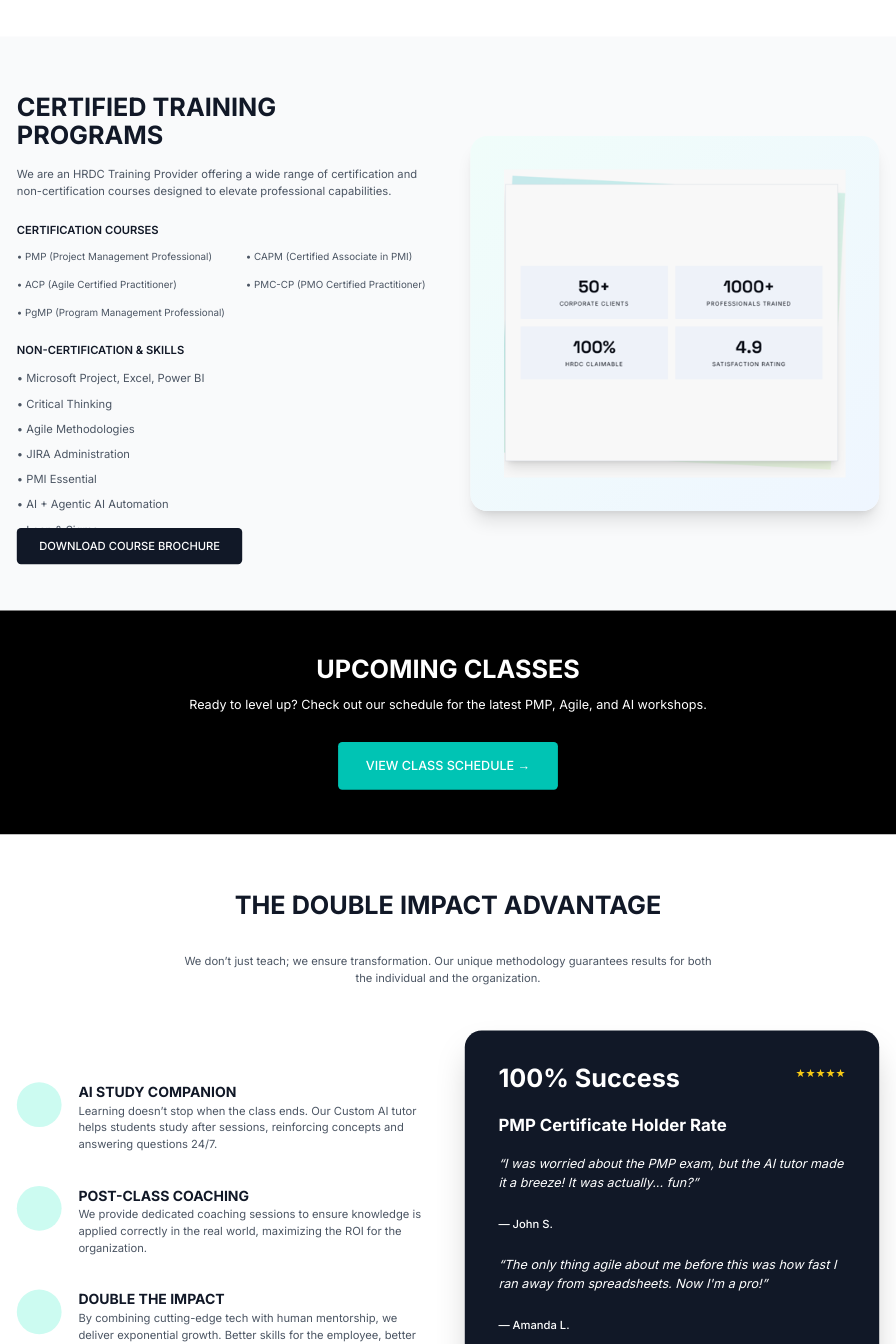
Repository: hsuntariq/web-pages
Page: impact/index.html
The author's editor kept a copy of each file at every save. The page is drawn from the files as they stood at one save, then again after the next save.
The browser window is 1280 px wide. The pictures show the part of the page from y = 1313 to 3233 px (the page is 4029 px tall before and 4037 px after), at 70% of full size.
Some web libraries are served in a nearby version.

Above is the page before, as saved 2025-12-28 20:34:32.

### impact/index.html
<!DOCTYPE html>
<html lang="en" class="scroll-smooth">
  <head>
    <meta charset="UTF-8" />
    <meta name="viewport" content="width=device-width, initial-scale=1.0" />
    <title>
      Impact Through Execution – HRDC Certified Training Provider Malaysia
    </title>
    <meta
      name="description"
      content="HRDC certified training provider offering PMP, CAPM, Agile, AI in PM, and digital transformation courses in Malaysia. Consultancy, corporate training, and execution solutions."
    />
    <link
      rel="stylesheet"
      href="https://cdn.jsdelivr.net/npm/bootstrap-icons@1.13.1/font/bootstrap-icons.min.css"
    />
    <script src="https://cdn.tailwindcss.com"></script>
    <script>
      tailwind.config = {
        theme: {
          extend: {
            colors: {
              primary: "#00C4B4", // teal for buttons
              accent: "#122F87", // dark blue for accents
            },
          },
        },
      };
    </script>
    <link
      href="https://fonts.googleapis.com/css2?family=Inter:wght@400;500;600;700;800&display=swap"
      rel="stylesheet"
    />
    <style>
      body {
        font-family: "Inter", sans-serif;
      }
    </style>
  </head>
  <body class="bg-white text-gray-900">
    <!-- Navigation -->
    <header class="fixed top-0 left-0 right-0 bg-white shadow-md z-50">
      <nav
        class="max-w-7xl mx-auto px-6 py-4 flex items-center justify-between"
      >
        <div class="text-2xl font-bold text-accent">IMPACT</div>
        <div class="hidden md:flex space-x-8 text-sm font-medium">
          <a href="#services" class="hover:text-primary transition">SERVICES</a>
          <a href="#training" class="hover:text-primary transition">TRAINING</a>
          <a href="#about" class="hover:text-primary transition">ABOUT</a>
          <a href="#contact" class="hover:text-primary transition">CONTACT</a>
        </div>
        <a
          href="#"
          class="bg-primary text-white px-6 py-3 rounded-md font-medium hover:bg-primary/90 transition"
          >GET STARTED</a
        >
      </nav>
    </header>

    <!-- Hero Section -->
    <section class="pt-24 pb-16 bg-gray-50">
      <div
        class="max-w-7xl mx-auto px-6 grid lg:grid-cols-2 gap-12 items-center"
      >
        <div>
          <img
            src="https://precisionwellness.my/wp-content/uploads/2025/06/HRDC_Claimable_Registered_Training_Provider_Logos-scaled.webp"
            alt="HRDC Certified Training Provider"
            class="h-12 mb-6"
          />
          <h1
            class="text-5xl md:text-6xl font-bold text-gray-900 leading-tight"
          >
            IMPACT<br />
            <span
              class="bg-gradient-to-r text-transparent from-teal-500 bg-clip-text to-green-400"
            >
              THROUGH
            </span>
            <br />EXECUTION
          </h1>
          <p
            class="text-lg text-gray-600 border border-l-3 border-teal-400 border-2 border-t-0 border-b-0 border-e-0 ps-5 mt-6 mb-8"
          >
            We bring value that has strong impact to the organization &
            individual through Consultancy, Training, and Digital Execution.
          </p>
          <div class="flex flex-col sm:flex-row gap-4">
            <a
              href="#"
              class="bg-primary text-white px-8 py-4 rounded-md font-medium hover:bg-primary/90 transition"
              >OUR SERVICES</a
            >
            <a
              href="#"
              class="border border-gray-900 text-gray-900 px-8 py-4 rounded-md font-medium hover:bg-gray-900 hover:text-white transition"
              >CONTACT US</a
            >
          </div>
        </div>
        <div class="relative">
          <img
            src="./hero.PNG"
            alt="Agentic AI transforming project management"
            class="rounded-2xl shadow-2xl w-full"
          />
          <!-- <div
            class="absolute top-4 right-4 bg-black text-white px-4 py-2 rounded-md text-sm font-medium"
          >
            AGENTIC AI
          </div> -->
          <!-- <div
            class="absolute bottom-4 left-4 bg-black text-white px-6 py-3 rounded-md font-medium"
          >
            PMO EXPERT<br />Delivering project delivery excellence
          </div> -->
        </div>
      </div>
    </section>

    <!-- Core Capabilities -->
    <section class="py-20 bg-white">
      <div class="max-w-7xl mx-auto px-6">
        <div
          class="grid grid-cols-1 md:grid-cols-2 justify-between items-center"
        >
          <h2 class="text-4xl font-bold text-left mb-12">CORE CAPABILITIES</h2>
          <p class="text-left text-gray-600 mb-16 w-full md:w-1/2 mx-auto">
            Comprehensive solutions designed to transform your business
            operations and empower your workforce.
          </p>
        </div>
        <div class="grid grid-cols-1 md:grid-cols-3 gap-8">
          <!-- Consultancy PM & AI -->
          <div class="bg-gray-50 rounded-2xl p-8 shadow-lg">
            <div
              class="bg-teal-100 w-16 flex justify-center items-center h-16 rounded-full mb-6"
            >
              <i class="bi bi-perplexity"></i>
            </div>
            <h3 class="text-2xl font-bold mb-4">CONSULTANCY PM & AI</h3>
            <ul class="space-y-3 text-gray-600">
              <li>• Agentic AI Implementation</li>
              <li>• PMO Setup & Optimization</li>
              <li>• Business Process Reengineering</li>
              <li>• Project Execution Strategy</li>
            </ul>
            <a
              href="#"
              class="mt-8 inline-block text-primary font-medium hover:underline"
              >LEARN MORE →</a
            >
          </div>
          <!-- Training -->
          <div
            class="bg-gradient-to-b from-teal-50 to-white rounded-2xl shadow-2xl shadow-gray-400 border-e-0 border-s-0 border-b-0 border-[5px] p-8 shadow-lg border border-green-400"
          >
            <div
              class="bg-green-200 w-16 flex justify-center items-center h-16 rounded-full mb-6"
            >
              <i class="bi bi-people"></i>
            </div>
            <h3 class="text-2xl font-bold mb-4">TRAINING</h3>
            <p class="text-gray-600 mb-6">
              Empower your team with industry-recognized certifications and
              practical skills.
            </p>
            <div class="flex flex-wrap gap-2 mb-6">
              <span class="bg-gray-200 px-3 py-1 rounded text-sm">PMP</span>
              <span class="bg-gray-200 px-3 py-1 rounded text-sm">CAPM</span>
              <span class="bg-gray-200 px-3 py-1 rounded text-sm">Agile</span>
              <span class="bg-gray-200 px-3 py-1 rounded text-sm">PMC-CP</span>
              <span class="bg-gray-200 px-3 py-1 rounded text-sm"
                >Lean & Sigma</span
              >
              <span class="bg-gray-200 px-3 py-1 rounded text-sm"
                >Power BI</span
              >
            </div>
            <a
              href="#"
              class="mt-8 inline-block text-green-400 font-medium hover:underline"
              >VIEW COURSE CATALOG →</a
            >
          </div>
          <!-- Digital Execution -->
          <div class="bg-gray-50 rounded-2xl p-8 shadow-lg">
            <div
              class="bg-blue-100 w-16 flex justify-center items-center h-16 rounded-full mb-6"
            >
              <i class="bi bi-cpu"></i>
            </div>
            <h3 class="text-2xl font-bold mb-4">DIGITAL EXECUTION</h3>
            <ul class="space-y-3 text-gray-600">
              <li>• Digital Transformation</li>
              <li>• Automation Workflows</li>
              <li>• Data Analytics Solutions</li>
            </ul>
            <a
              href="#"
              class="mt-8 inline-block text-primary font-medium hover:underline"
              >LEARN MORE →</a
            >
          </div>
        </div>
      </div>
    </section>

    <!-- Certified Training Programs -->
    <section class="py-20 bg-gray-50">
      <div
        class="max-w-7xl mx-auto px-6 grid lg:grid-cols-2 gap-16 items-center"
      >
        <div>
          <h2 class="text-4xl font-bold mb-6">CERTIFIED TRAINING PROGRAMS</h2>
          <p class="text-gray-600 mb-8">
            We are an HRDC Training Provider offering a wide range of
            certification and non-certification courses designed to elevate
            professional capabilities.
          </p>
          <div class="space-y-8">
            <div>
              <h4 class="font-semibold mb-4">CERTIFICATION COURSES</h4>
              <ul class="space-y-3 text-gray-600">
                <div class="flex justify-between text-sm">
                  <div class="flex flex-col gap-5">
                    <li>• PMP (Project Management Professional)</li>
                    <li>• ACP (Agile Certified Practitioner)</li>
                    <li>• PgMP (Program Management Professional)</li>
                  </div>
                  <div class="flex flex-col gap-5">
                    <li>• CAPM (Certified Associate in PMI)</li>
                    <li>• PMC-CP (PMO Certified Practitioner)</li>
                  </div>
                </div>
              </ul>
            </div>
            <div>
              <h4 class="font-semibold mb-4">NON-CERTIFICATION & SKILLS</h4>
              <ul class="space-y-3 text-gray-600">
                <li>• Microsoft Project, Excel, Power BI</li>
                <li>• Critical Thinking</li>
                <li>• Agile Methodologies</li>
                <li>• JIRA Administration</li>
                <li>• PMI Essential</li>
                <li>• AI + Agentic AI Automation</li>
                <li>• Lean & Sigma</li>
              </ul>
            </div>
            <a
              href="#"
              class="bg-gray-900 text-white px-8 py-4 rounded-md font-medium hover:bg-gray-800 transition"
              >DOWNLOAD COURSE BROCHURE</a
            >
          </div>
        </div>
        <div
          class="bg-gradient-to-br from-teal-50 to-blue-50 rounded-3xl p-12 shadow-xl"
        >
          <img src="./programs.PNG" class="w-full" alt="" />
        </div>
      </div>
    </section>

    <!-- Upcoming Classes -->
    <section class="py-16 bg-black text-white text-center">
      <div class="max-w-7xl mx-auto px-6">
        <h2 class="text-4xl font-bold mb-4">UPCOMING CLASSES</h2>
        <p class="text-lg mb-10">
          Ready to level up? Check out our schedule for the latest PMP, Agile,
          and AI workshops.
        </p>
        <a
          href="#"
          class="bg-primary text-white px-10 py-5 rounded-md text-lg font-medium hover:bg-primary/90 transition inline-block"
          >VIEW CLASS SCHEDULE →</a
        >
      </div>
    </section>

    <!-- Double Impact Advantage -->
    <section class="py-20 bg-white">
      <div class="max-w-7xl mx-auto px-6">
        <h2 class="text-4xl font-bold text-center mb-12">
          THE DOUBLE IMPACT ADVANTAGE
        </h2>
        <p class="text-center text-gray-600 mb-16 max-w-3xl mx-auto">
          We don’t just teach; we ensure transformation. Our unique methodology
          guarantees results for both the individual and the organization.
        </p>
        <div class="grid lg:grid-cols-2 gap-12 items-center">
          <div class="space-y-12">
            <div class="flex gap-6">
              <div
                class="bg-teal-100 w-16 h-16 rounded-full flex-shrink-0"
              ></div>
              <div>
                <h4 class="font-bold text-xl">AI STUDY COMPANION</h4>
                <p class="text-gray-600">
                  Learning doesn’t stop when the class ends. Our Custom AI tutor
                  helps students study after sessions, reinforcing concepts and
                  answering questions 24/7.
                </p>
              </div>
            </div>
            <div class="flex gap-6">
              <div
                class="bg-teal-100 w-16 h-16 rounded-full flex-shrink-0"
              ></div>
              <div>
                <h4 class="font-bold text-xl">POST-CLASS COACHING</h4>
                <p class="text-gray-600">
                  We provide dedicated coaching sessions to ensure knowledge is
                  applied correctly in the real world, maximizing the ROI for
                  the organization.
                </p>
              </div>
            </div>
            <div class="flex gap-6">
              <div
                class="bg-teal-100 w-16 h-16 rounded-full flex-shrink-0"
              ></div>
              <div>
                <h4 class="font-bold text-xl">DOUBLE THE IMPACT</h4>
                <p class="text-gray-600">
                  By combining cutting-edge tech with human mentorship, we
                  deliver exponential growth. Better skills for the employee,
                  better results for the company.
                </p>
              </div>
            </div>
          </div>
          <div class="relative">
            <div class="bg-gray-900 rounded-3xl p-12 shadow-2xl text-white">
              <div class="flex justify-between items-start mb-8">
                <div class="text-4xl font-bold">100% Success</div>
                <div class="text-yellow-400">★★★★★</div>
              </div>
              <p class="text-2xl font-bold mb-6">PMP Certificate Holder Rate</p>
              <blockquote class="text-lg italic mb-8">
                “I was worried about the PMP exam, but the AI tutor made it a
                breeze! It was actually... fun?”
              </blockquote>
              <p class="font-medium">— John S.</p>
              <blockquote class="text-lg italic mt-8 mb-8">
                “The only thing agile about me before this was how fast I ran
                away from spreadsheets. Now I'm a pro!”
              </blockquote>
              <p class="font-medium">— Amanda L.</p>
              <a
                href="#"
                class="mt-10 inline-block text-primary font-medium hover:underline"
                >SEE MORE SUCCESS STORIES →</a
              >
            </div>
          </div>
        </div>
      </div>
    </section>

    <!-- CTA -->
    <section
      class="py-20"
      style="
        background-image: url('https://thumbs.dreamstime.com/b/creative-glowing-blue-forex-chart-wallpaper-grid-invest-finance-concept-stock-market-chart-business-graph-background-159151545.jpg');
        background-size: cover;
        background-position: center;
      "
    >
      <div class="max-w-7xl mx-auto px-6 text-center text-white">
        <h2 class="text-5xl font-bold mb-6">READY TO MAKE AN IMPACT?</h2>
        <p class="text-xl mb-12">
          Let’s discuss how our consultancy and training solutions can drive
          your organization forward.
        </p>
        <div class="flex flex-col sm:flex-row gap-6 justify-center">
          <a
            href="#"
            class="bg-primary text-white px-10 py-5 rounded-md text-lg font-medium hover:bg-primary/90 transition"
            >GET IN TOUCH</a
          >
          <a
            href="#"
            class="border-2 border-white text-white px-10 py-5 rounded-md text-lg font-medium hover:bg-white hover:text-black transition"
            >VIEW CASE STUDIES</a
          >
        </div>
      </div>
    </section>

    <!-- Footer -->
    <footer class="bg-black text-white py-12">
      <div class="max-w-7xl mx-auto px-6 grid md:grid-cols-4 gap-8">
        <div>
          <div class="text-3xl font-bold mb-4">IMPACT</div>
          <p class="text-sm text-gray-400">
            We bring value that has strong impact to the organization &
            individual through Consultancy, Training, and Digital Execution.
          </p>
        </div>
        <div>
          <h4 class="font-bold mb-4">SERVICES</h4>
          <ul class="space-y-2 text-sm text-gray-400">
            <li>Consultancy PM & AI</li>
            <li>Corporate Training</li>
            <li>Digital Execution</li>
            <li>Business Process Reengineering</li>
          </ul>
        </div>
        <div>
          <h4 class="font-bold mb-4">COMPANY</h4>
          <ul class="space-y-2 text-sm text-gray-400">
            <li>About Us</li>
            <li>Contact</li>
            <li>Careers</li>
            <li>Privacy Policy</li>
          </ul>
        </div>
        <div class="text-right">
          <p class="text-sm text-gray-400">
            © 2025 Impact. All rights reserved.
          </p>
          <p class="text-xs text-gray-500 mt-4">
            HRDC Training Provider Certified
          </p>
        </div>
      </div>
    </footer>
  </body>
</html>

After the next save:
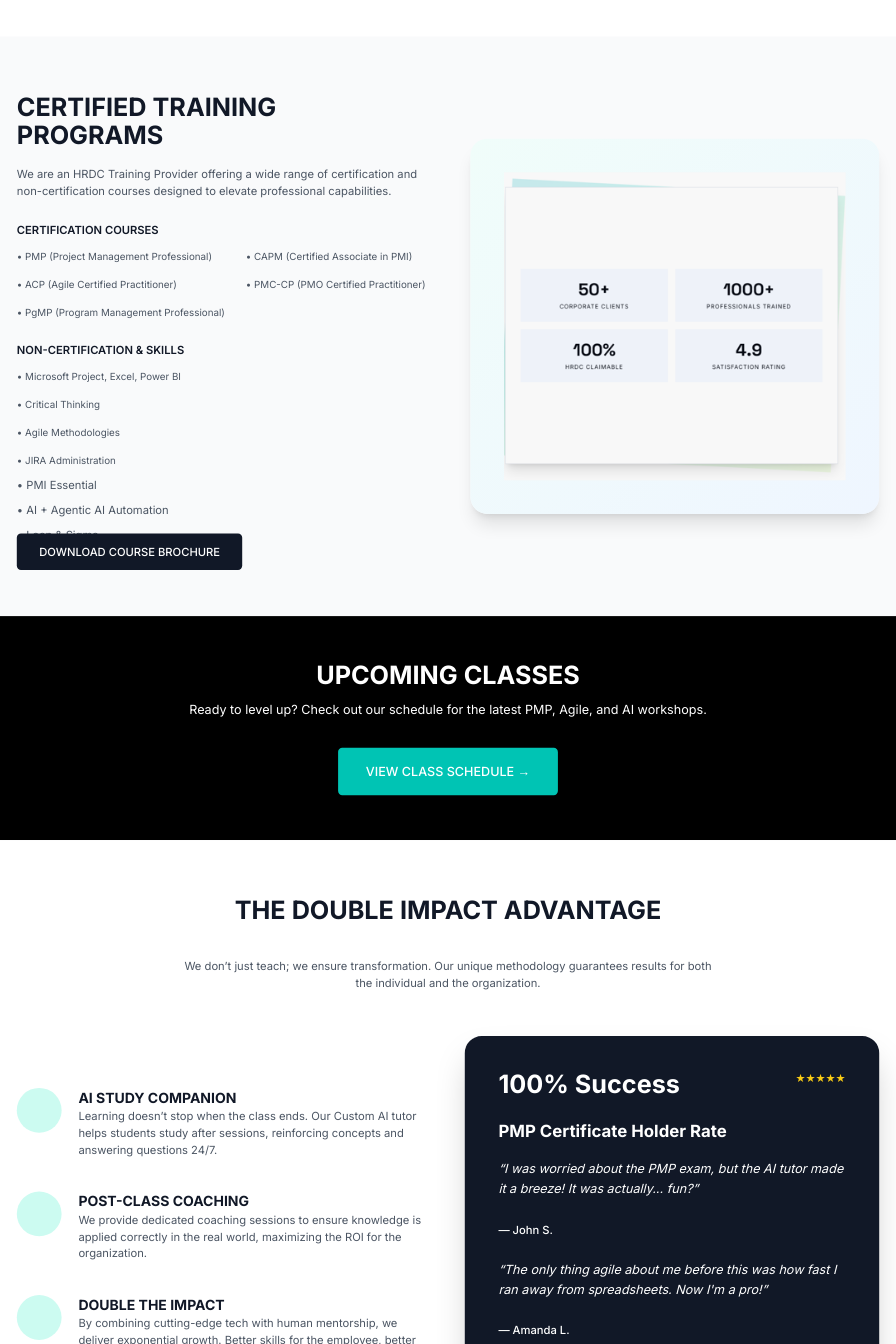
Saved 33 s later.
--- a/impact/index.html
+++ b/impact/index.html
@@ -239,10 +239,15 @@
             <div>
               <h4 class="font-semibold mb-4">NON-CERTIFICATION & SKILLS</h4>
               <ul class="space-y-3 text-gray-600">
-                <li>• Microsoft Project, Excel, Power BI</li>
-                <li>• Critical Thinking</li>
-                <li>• Agile Methodologies</li>
-                <li>• JIRA Administration</li>
+                <div class="flex justify-between text-sm">
+                  <div class="flex flex-col gap-5">
+                    <li>• Microsoft Project, Excel, Power BI</li>
+                    <li>• Critical Thinking</li>
+                    <li>• Agile Methodologies</li>
+                    <li>• JIRA Administration</li>
+                  </div>
+                </div>
+
                 <li>• PMI Essential</li>
                 <li>• AI + Agentic AI Automation</li>
                 <li>• Lean & Sigma</li>
